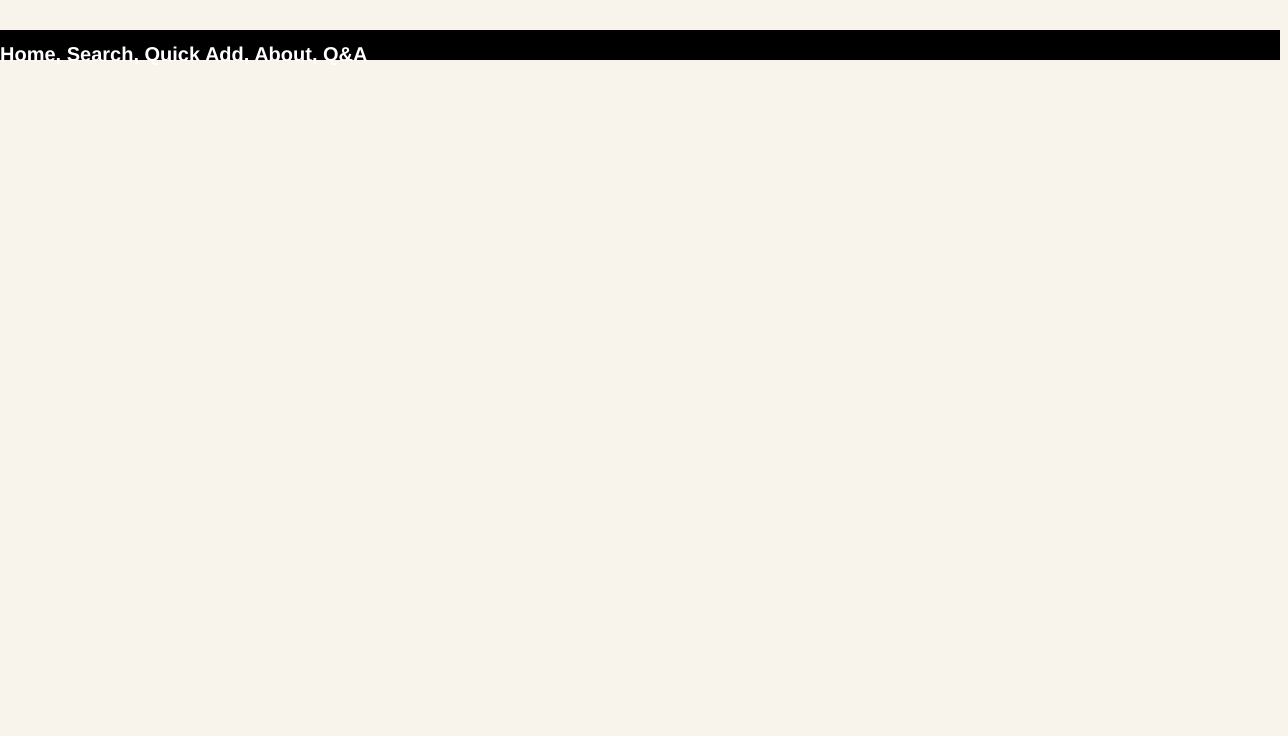
Repository: cbickhar/cbickhar.github.io
Page: catalog/index.html
The author's editor kept a record of every edit. The page is drawn from the files as they stood at one moment, then again after the next edit.
The browser window is 1280 px wide. The page is 1288 px wide, so the pictures cover 1288 px, including what lies to the right of the window. The pictures show the whole page.

Above is the page before.

After the next edit:
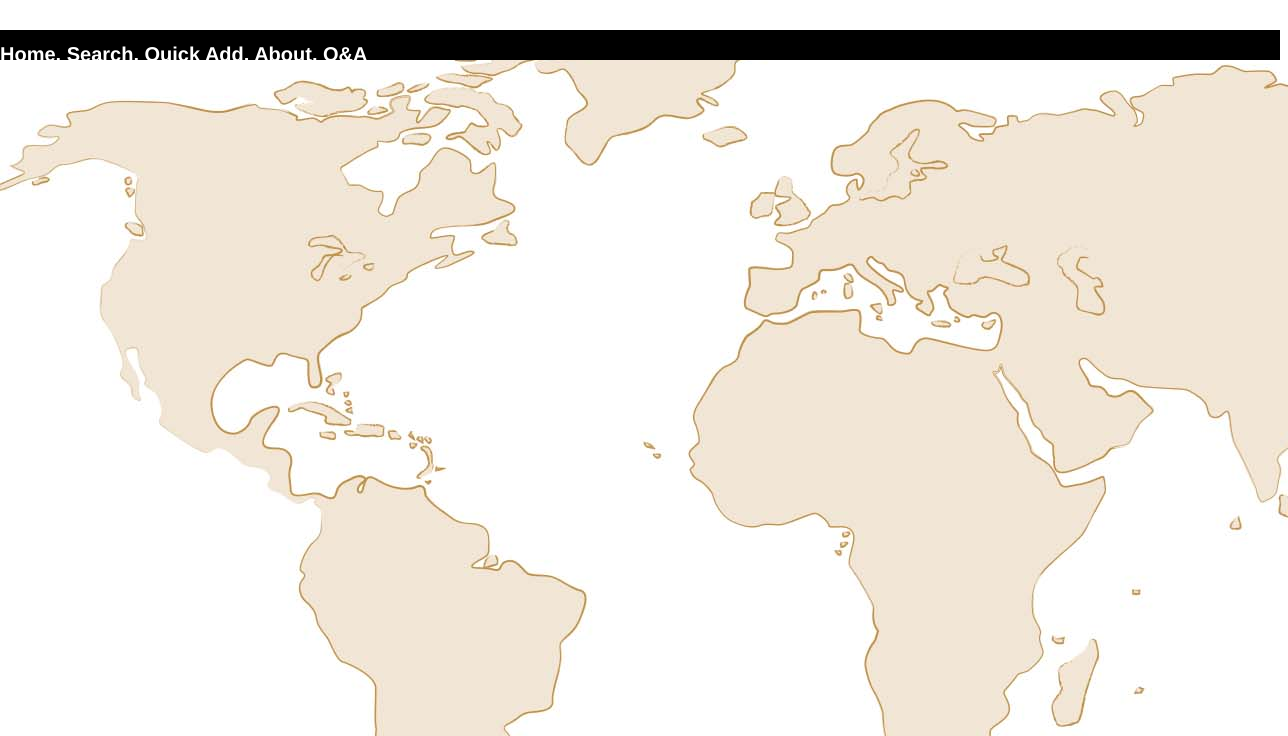
The edit:
--- a/catalog/styles.css
+++ b/catalog/styles.css
@@ -2,6 +2,7 @@
     background-color: #f8f3eb;
     width: 100%;
     height: 100%;
+    background-image: url(img/worldmap.jpg);
 }
 
 .h1 {
